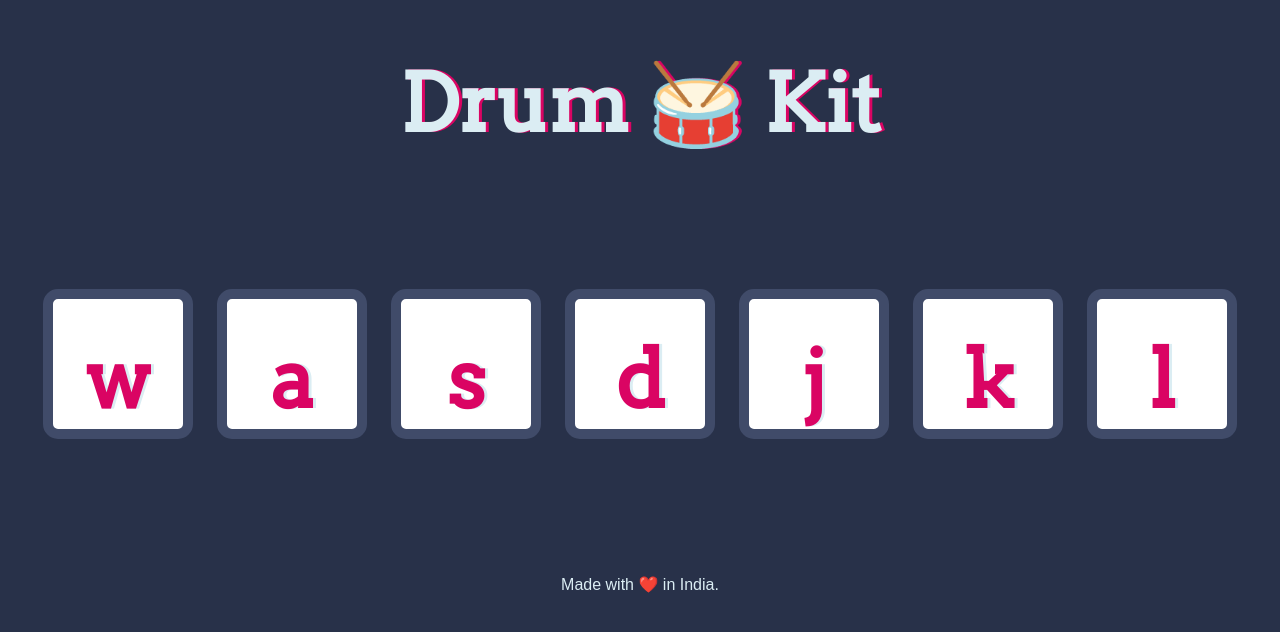
Repository: whattosay/DrumKit
Page: index.html
These files come from the project's save history. The page is drawn as it stood at one moment and after the next save; the edit follows.
The browser window is 1280 px wide. The pictures show the whole page.

Above is the page before, as saved 2020-08-25 00:41:33.

### index.html
<!DOCTYPE html>
<html lang="en" dir="ltr">

<head>
  <meta charset="utf-8">
  <title>Drum Kit</title>
  <link rel="stylesheet" href="styles.css">
  <link href="https://fonts.googleapis.com/css?family=Arvo" rel="stylesheet">
</head>

<body>

  <h1 id="title">Drum 🥁 Kit</h1>
  <div class="set">
    <button class="w drum">w</button>
    <button class="a drum">a</button>
    <button class="s drum">s</button>
    <button class="d drum">d</button>
    <button class="j drum">j</button>
    <button class="k drum">k</button>
    <button class="l drum">l</button>
  </div>


  <script src="index.js"></script>

  <footer>
    Made with ❤️ in India.
  </footer>
</body>

</html>

### styles.css
body {
  text-align: center;
  background-color: #283149;
}

h1 {
  font-size: 5rem;
  color: #DBEDF3;
  font-family: "Arvo", cursive;
  text-shadow: 3px 0 #DA0463;

}

footer {
  color: #DBEDF3;
  font-family: sans-serif;
}

.w {
  background: "images/tom1.png";
}

.a {

}

.s {

}

.d {

}

.j {

}

.k {

}

.l {

}

.set {
  margin: 10% auto;
}

.game-over {
  background-color: red;
  opacity: 0.8;
}

.pressed {
  box-shadow: 0 3px 4px 0 #DBEDF3;
  opacity: 0.5;
}

.red {
  color: red;
}

.drum {
  outline: none;
  border: 10px solid #404B69;
  font-size: 5rem;
  font-family: 'Arvo', cursive;
  line-height: 2;
  font-weight: 900;
  color: #DA0463;
  text-shadow: 3px 0 #DBEDF3;
  border-radius: 15px;
  display: inline-block;
  width: 150px;
  height: 150px;
  text-align: center;
  margin: 10px;
  background-color: white;
}

### index.js
var numberOfDrunButtons = document.querySelectorAll(".drum").length;

for ( var i=0; i < numberOfDrunButtons; i++){
    document.querySelectorAll(".drum")[i].addEventListener("click", function(){
        var buttonInnerHTML = this.innerHTML;
        makesound(buttonInnerHTML);

    });
}

document.addEventListener("keypress",function(event){
    makesound(event.key)
})


function makesound(key){
    switch (key) {
        case "w":
            var tom1 = new Audio('sounds/tom-1.mp3');
            tom1.play();
            break;
        case 'a':
            var tom2 = new Audio("sounds/tom-2.mp3");
            tom2.play();
            break;
        case 's':
            var tom3 = new Audio("sounds/tom-3.mp3");
            tom3.play();
            break;
        case 'd':
            var tom4 = new Audio("sounds/tom-4.mp3");
            tom4.play();
            break;
        case 'j':
            var snare = new Audio("sounds/snare.mp3");
            snare.play();
            break;
        case 'k':
            var crash = new Audio("sounds/crash.mp3");
            crash.play();
            break;
        case 'l':
            var kick_bass = new Audio("sounds/kick-bass.mp3");
            kick_bass.play();
            break;
        default: console.log(buttonInnerHTML);

    }

}

After the next save:
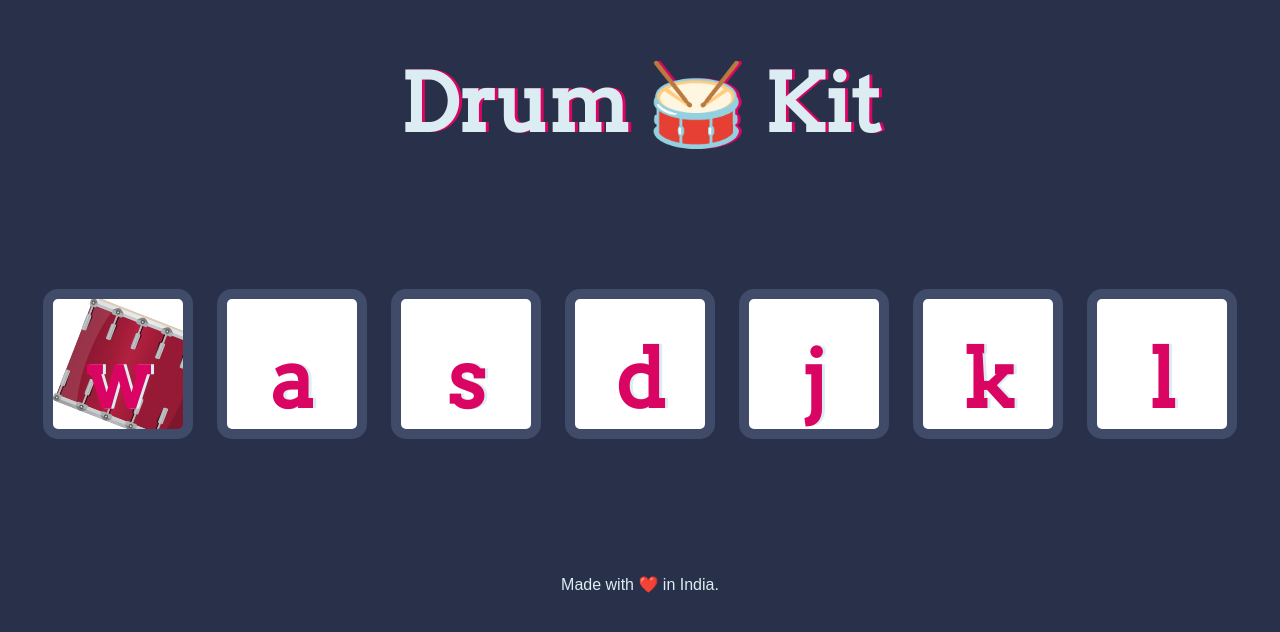
Saved 23 h 10 min later.
--- a/styles.css
+++ b/styles.css
@@ -17,7 +17,7 @@ footer {
 }
 
 .w {
-  background: "images/tom1.png";
+  background: url("images/tom1.png");
 }
 
 .a {
